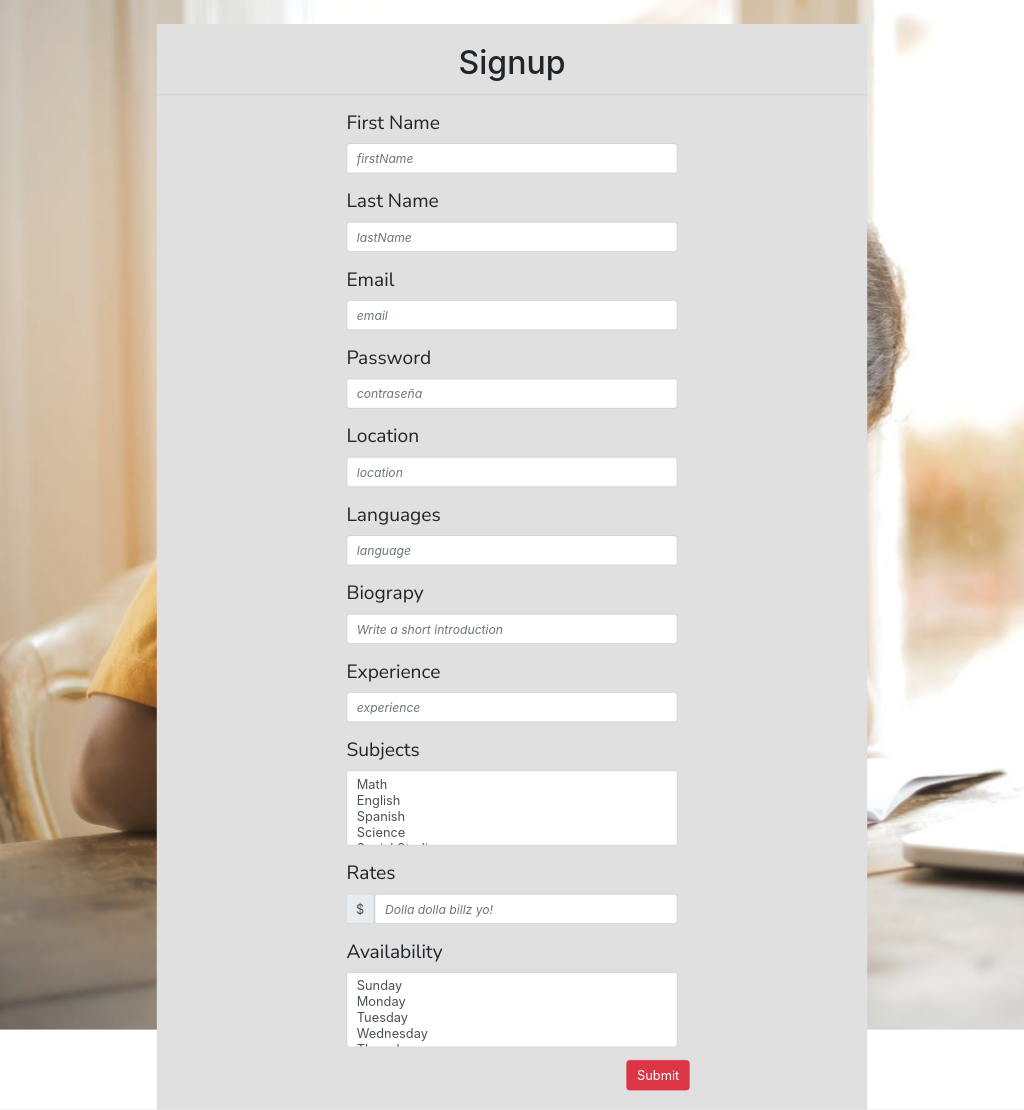
Repository: uprm-inso-4117-2020-2021-s2/semester-project-uprm-inso-4117-2020-2021-s2-team-7
Page: / (app in tutorfinder/)
These files come from the project's save history. The page is drawn as it stood at one moment and after the next save; the edit follows.
The browser window is 1280 px wide. The pictures show the whole page, at 80% of full size.
The project was rebuilt for these pictures with package versions that can differ from the ones it lists, and the page was loaded fresh each time. Also part of the build but not shown: tutorfinder/src/components/Navbar.css, tutorfinder/src/components/Navbar.js, tutorfinder/src/components/TutorInfo.js, tutorfinder/src/Nav.js, tutorfinder/src/Signup.js, tutorfinder/src/Login.js, tutorfinder/src/Home.js, tutorfinder/src/BulletinBoard.css and 3 more.

Above is the page before, as saved 2021-03-30 23:22:10.

After the next save:
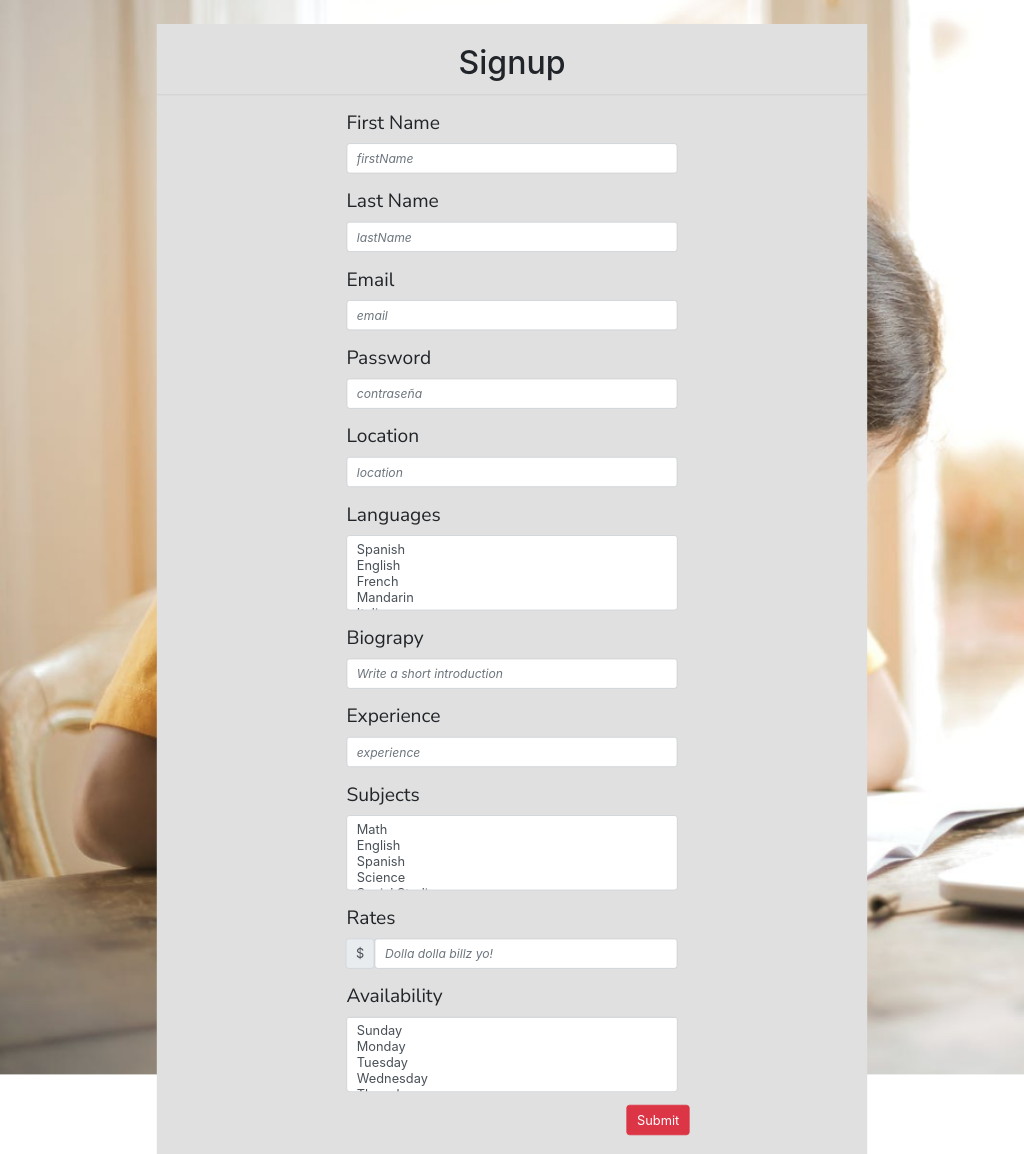
Saved 7 min 50 s later.
--- a/tutorfinder/src/SignupPage.js
+++ b/tutorfinder/src/SignupPage.js
@@ -109,14 +109,13 @@ class SignupPage extends React.Component {
                     <Label for="">Languages</Label>
                   </div>
 
-                  <Input
-                    type="language"
-                    name="language"
-
-                    id="examplelanguage"
-                    placeholder="language"
-                    className="size"
-                  />
+                  <Input type="select" name="selectMulti" id="exampleSelectMulti" multiple>
+          <option>Spanish</option>
+          <option>English</option>
+          <option>French</option>
+          <option>Mandarin</option>
+          <option>Italian</option>
+        </Input>
 
 
 
